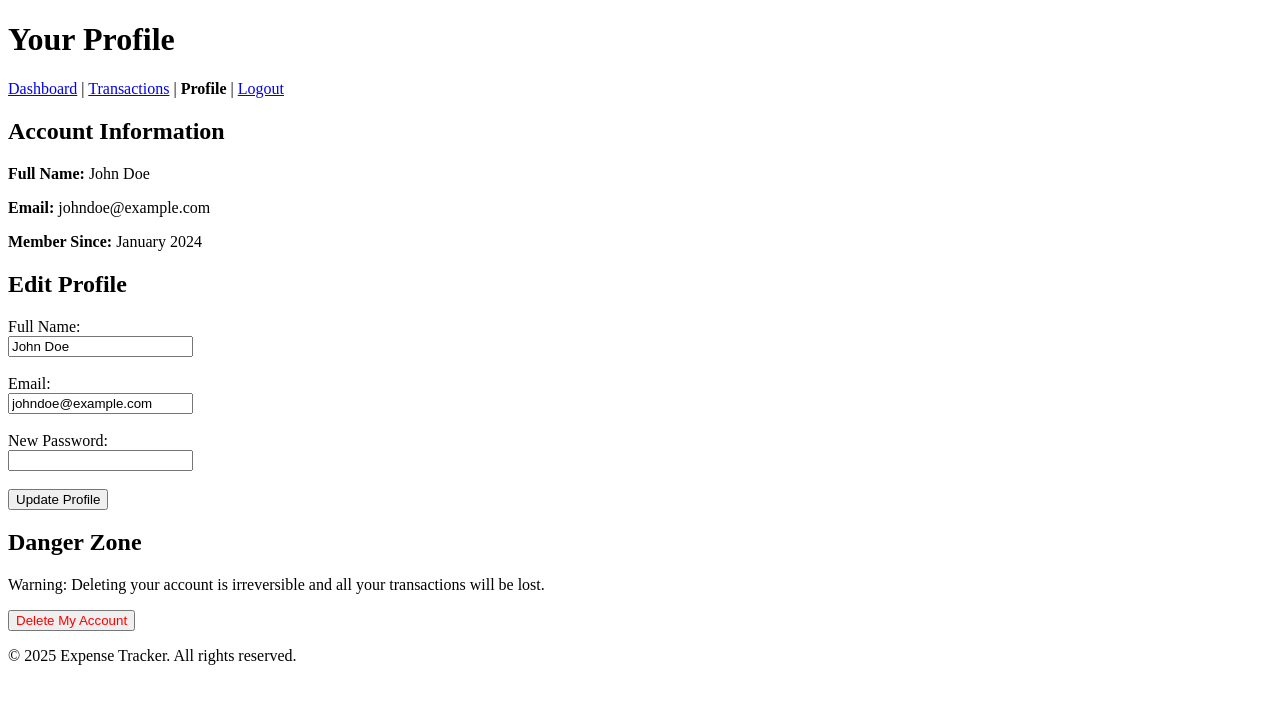
Repository: An-tonDev/expense-tracker
Page: public/html/profile.html
These files come from the project's save history. The page is drawn as it stood at one moment and after the next save; the edit follows.
The browser window is 1280 px wide. The pictures show the whole page.

Above is the page before, as saved 2025-06-27 14:53:05.

After the next save:
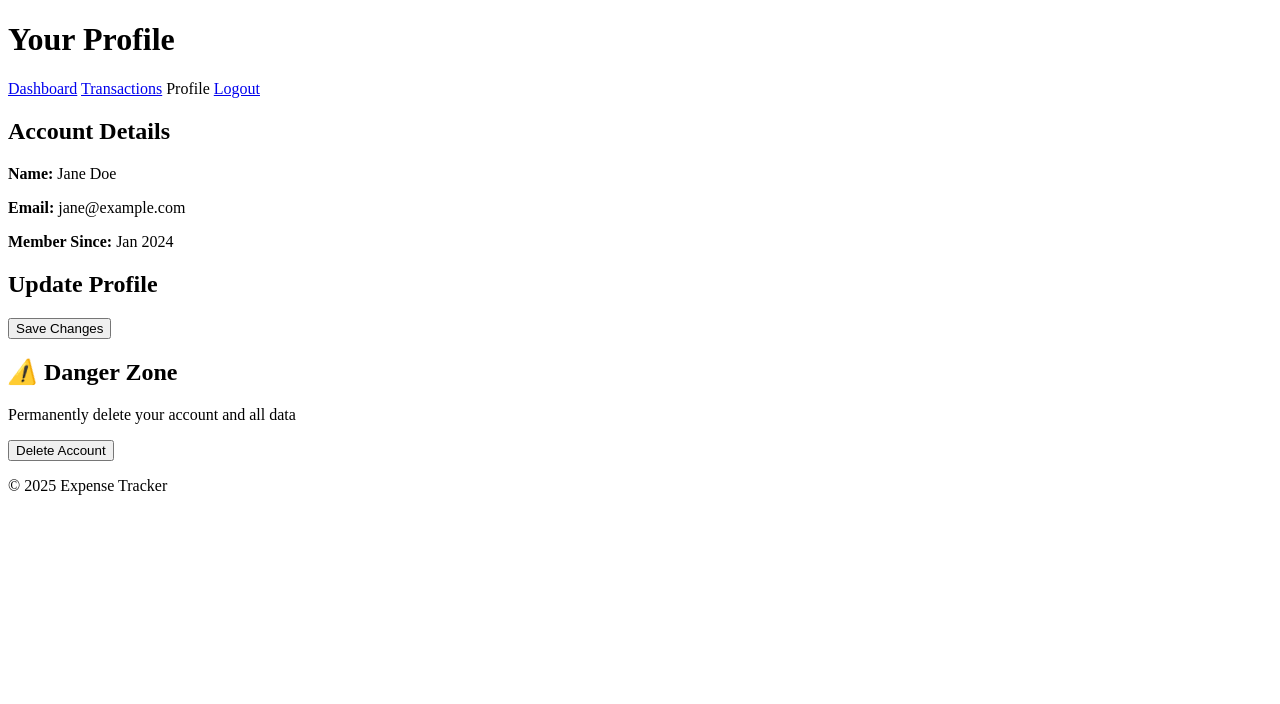
Saved 36 min 26 s later.
--- a/public/html/profile.html
+++ b/public/html/profile.html
@@ -1,61 +1,54 @@
 <!DOCTYPE html>
 <html lang="en">
 <head>
-  <meta charset="UTF-8" />
-  <meta name="viewport" content="width=device-width, initial-scale=1.0"/>
-  <title>Profile - Expense Tracker</title>
+  <meta charset="UTF-8">
+  <meta name="viewport" content="width=device-width, initial-scale=1.0">
+  <title>User Profile | Expense Tracker</title>
+  <link rel="stylesheet" href="style.css">
 </head>
-<body>
+<body class="profile-page">
 
-  <!-- Navigation -->
-  <header>
+  <header class="page-header">
     <h1>Your Profile</h1>
-    <nav>
-      <a href="/dashboard.html">Dashboard</a> |
-      <a href="/transactions.html">Transactions</a> |
-      <span><strong>Profile</strong></span> |
-      <a href="/logout">Logout</a>
+    <nav class="main-nav">
+      <a href="/dashboard.html">Dashboard</a>
+      <a href="/transactions.html">Transactions</a>
+      <span class="nav-active">Profile</span>
+      <a href="/logout" class="logout-btn">Logout</a>
     </nav>
   </header>
 
-  <!-- Profile Details Section -->
-  <section>
-    <h2>Account Information</h2>
-    <p><strong>Full Name:</strong> John Doe</p>
-    <p><strong>Email:</strong> johndoe@example.com</p>
-    <p><strong>Member Since:</strong> January 2024</p>
-  </section>
+  <main class="profile-container">
+    <section class="profile-section">
+      <h2>Account Details</h2>
+      <div class="profile-details">
+        <p><strong>Name:</strong> <span id="user-name">Jane Doe</span></p>
+        <p><strong>Email:</strong> <span id="user-email">jane@example.com</span></p>
+        <p><strong>Member Since:</strong> <span id="join-date">Jan 2024</span></p>
+      </div>
+    </section>
 
-  <!-- Edit Profile Form -->
-  <section>
-    <h2>Edit Profile</h2>
-    <form action="/profile/update" method="POST">
-      <label for="name">Full Name:</label><br />
-      <input type="text" id="name" name="name" value="John Doe" required /><br /><br />
+    <section class="profile-section">
+      <h2>Update Profile</h2>
+      <form class="profile-form" id="update-form">
+        <!-- Form fields -->
+        <div class="form-actions">
+          <button type="submit" class="btn btn-primary">Save Changes</button>
+        </div>
+      </form>
+    </section>
 
-      <label for="email">Email:</label><br />
-      <input type="email" id="email" name="email" value="johndoe@example.com" required /><br /><br />
+    <section class="danger-zone">
+      <h2><i class="warning-icon">⚠️</i> Danger Zone</h2>
+      <form class="danger-form" id="delete-form">
+        <p>Permanently delete your account and all data</p>
+        <button type="submit" class="btn btn-danger">Delete Account</button>
+      </form>
+    </section>
+  </main>
 
-      <label for="password">New Password:</label><br />
-      <input type="password" id="password" name="password" /><br /><br />
-
-      <button type="submit">Update Profile</button>
-    </form>
-  </section>
-
-  <!-- Delete Account Section -->
-  <section>
-    <h2>Danger Zone</h2>
-    <form action="/profile/delete" method="POST">
-      <p>Warning: Deleting your account is irreversible and all your transactions will be lost.</p>
-      <button type="submit" style="color: red;">Delete My Account</button>
-    </form>
-  </section>
-
-  <!-- Footer -->
-  <footer>
-    <p>&copy; 2025 Expense Tracker. All rights reserved.</p>
+  <footer class="page-footer">
+    <p>&copy; 2025 Expense Tracker</p>
   </footer>
-
 </body>
 </html>
